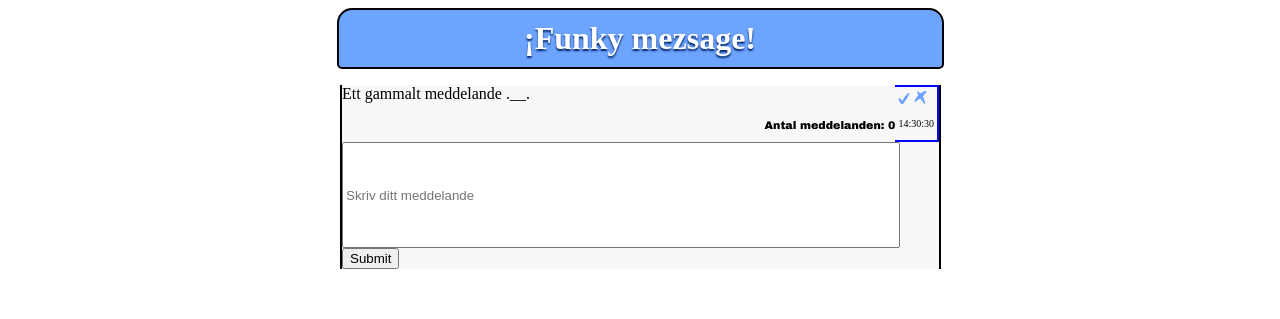
Repository: sk222sw/1dv403-laborationer
Page: 2-labbymezzage/index.html
The author's editor kept a record of every edit. The page is drawn from the files as they stood at one moment, then again after the next edit.
The browser window is 1280 px wide. The pictures show the whole page.

Above is the page before.

After the next edit:
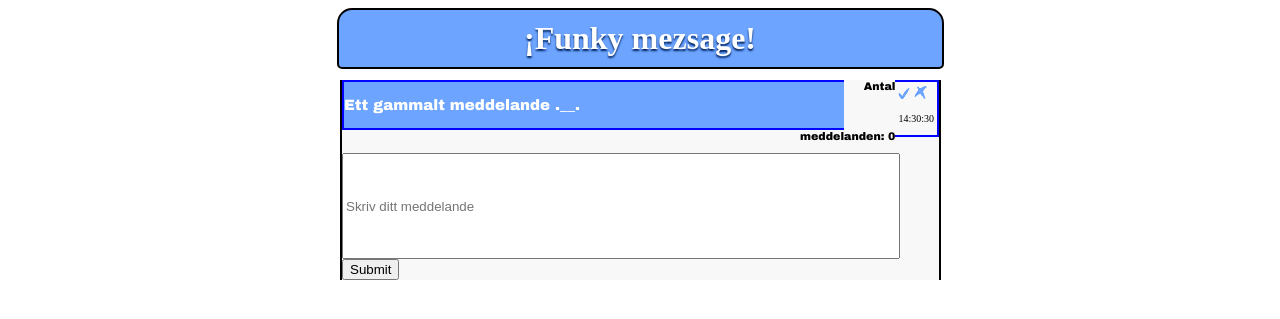
The edit:
--- a/2-labbymezzage/css/css.css
+++ b/2-labbymezzage/css/css.css
@@ -94,7 +94,7 @@ h1 {
 	display: inline-block;
 }
 
-#oldMessageText {
+#messageDiv {
     border-bottom: solid #0004FF 2px;
     border-top: solid #0004FF 2px;
     border-left: solid #0004FF 2px;
